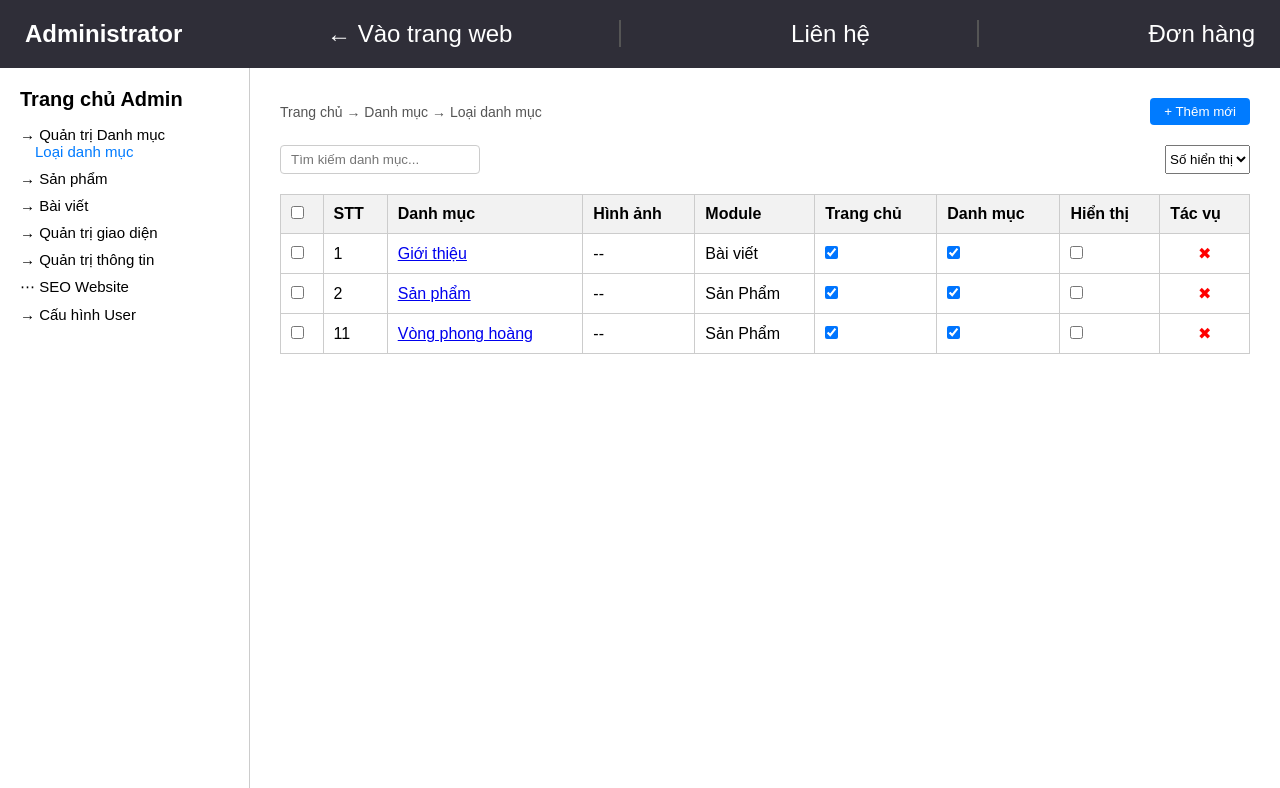
Repository: TranTanDat0606/Du-An-1
Page: Admin]/admin.html
The author's editor kept a copy of each file at every save. The page is drawn from the files as they stood at one save, then again after a run of saves.
The browser window is 1280 px wide. The pictures show the whole page.

Above is the page before, as saved 2025-07-30 15:10:58.

### Admin]/admin.html
<!DOCTYPE html>
<html lang="vi">
<head>
    <meta charset="UTF-8" />
    <meta name="viewport" content="width=device-width, initial-scale=1.0"/>
    <title>Quản lý danh mục</title>
    <link rel="stylesheet" href="admin.css" />
</head>
<body>
    <header class="topbar">
    <div class="topbar-left">Administrator</div>
    <div class="topbar-right">
    <a href="#">← Vào trang web</a>
    <a href="#">Liên hệ</a>
    <a href="#">Đơn hàng</a></div>
</header>
    <div class="admin-container">
    <aside class="sidebar">
    <h2>Trang chủ Admin</h2>
    <ul>
        <li>→ Quản trị Danh mục
    <ul class="submenu">
            <li><a href="#">Loại danh mục</a></li>
    </ul>
        </li>
        <li>→ Sản phẩm</li>
        <li>→ Bài viết</li>
        <li>→ Quản trị giao diện</li>
        <li>→ Quản trị thông tin</li>
        <li>⋯ SEO Website</li>
        <li>→ Cấu hình User</li>
    </ul>
    </aside>
    <main class="main-content">
    <div class="header-bar">
        <span class="breadcrumbs">Trang chủ → Danh mục → Loại danh mục</span>
        <button class="btn-new">+ Thêm mới</button>
    </div>

    <div class="table-toolbar">
        <input type="text" class="search-input" placeholder="Tìm kiếm danh mục..." />
        <select>
    <option>Số hiển thị</option>
        </select>
    </div>
    <table>
        <thead>
    <tr>
            <th><input type="checkbox" /></th>
            <th>STT</th>
            <th>Danh mục</th>
            <th>Hình ảnh</th>
            <th>Module</th>
            <th>Trang chủ</th>
            <th>Danh mục</th>
            <th>Hiển thị</th>
            <th>Tác vụ</th>
    </tr>
        </thead>
        <tbody>
    <tr>
            <td><input type="checkbox" /></td>
            <td>1</td>
            <td><a href="#">Giới thiệu</a></td>
            <td>--</td>
            <td>Bài viết</td>
            <td><input type="checkbox" checked /></td>
            <td><input type="checkbox" checked /></td>
            <td><input type="checkbox" /></td>
            <td class="text-danger">✖</td>
    </tr>
    <tr>
            <td><input type="checkbox" /></td>
            <td>2</td>
            <td><a href="#">Sản phẩm</a></td>
            <td>--</td>
            <td>Sản Phẩm</td>
            <td><input type="checkbox" checked /></td>
            <td><input type="checkbox" checked /></td>
            <td><input type="checkbox" /></td>
            <td class="text-danger">✖</td>
    </tr>
    <tr>
        <td><input type="checkbox" /></td>
        <td>11</td>
        <td><a href="#">Vòng phong hoàng</a></td>
        <td>--</td>
        <td>Sản Phẩm</td>
        <td><input type="checkbox" checked /></td>
        <td><input type="checkbox" checked /></td>
        <td><input type="checkbox" /></td>
        <td class="text-danger">✖</td>
    </tr>
        </tbody>
    </table>
    </main>
    </div>
</body>
</html>

### Admin]/admin.css
* {
    margin: 0;
    padding: 0;
    box-sizing: border-box;
    font-family: sans-serif;
}
/* header */
/* Topbar admin */
.topbar {
    background-color: #2f2e38;
    color: white;
    display: flex;
    justify-content: space-between;
    align-items: center;
    padding: 20px 25px;
    font-size: 24px;
}

.topbar-left {
    font-weight: bold;
}

.topbar-right a {
    color: white;
    text-decoration: none;
    margin-left: 100px;
    border-left: 2px solid #555;
    padding-left: 170px
}

.topbar-right a:first-child {
    border-left: none;
    padding-left: 0;
}
body {
    background: #f5f5f5;
}

.admin-container {
    display: flex;
    height: 100vh;
}

/* Sidebar */
.sidebar {
    width: 250px;
    background: #fff;
    border-right: 1px solid #ccc;
    padding: 20px;
}

.sidebar h2 {
    margin-bottom: 15px;
    font-size: 20px;
}

.sidebar ul {
    list-style: none;
}

.sidebar li {
    margin-bottom: 10px;
    font-size: 15px;
}

.sidebar .submenu {
    margin-left: 15px;
}

.sidebar a {
    color: #007bff;
    text-decoration: none;
}

/* Main Content */
.main-content {
    flex: 1;
    padding: 30px;
    background: #fff;
}

.header-bar {
    display: flex;
    justify-content: space-between;
    align-items: center;
}

.breadcrumbs {
    color: #555;
    font-size: 14px;
}

.btn-new {
    background: #007bff;
    color: #fff;
    border: none;
    padding: 6px 14px;
    border-radius: 4px;
    cursor: pointer;
}

.table-toolbar {
    margin: 20px 0;
    display: flex;
    justify-content: space-between;
}

.search-input {
    padding: 6px 10px;
    width: 200px;
    border: 1px solid #ccc;
    border-radius: 4px;
}

table {
    width: 100%;
    border-collapse: collapse;
    background: #fff;
}

table th,
table td {
    border: 1px solid #ccc;
    padding: 10px;
    text-align: left;
}

table th {
    background: #f2f2f2;
}

.text-danger {
    color: red;
    text-align: center;
}

After the next 4 saves:
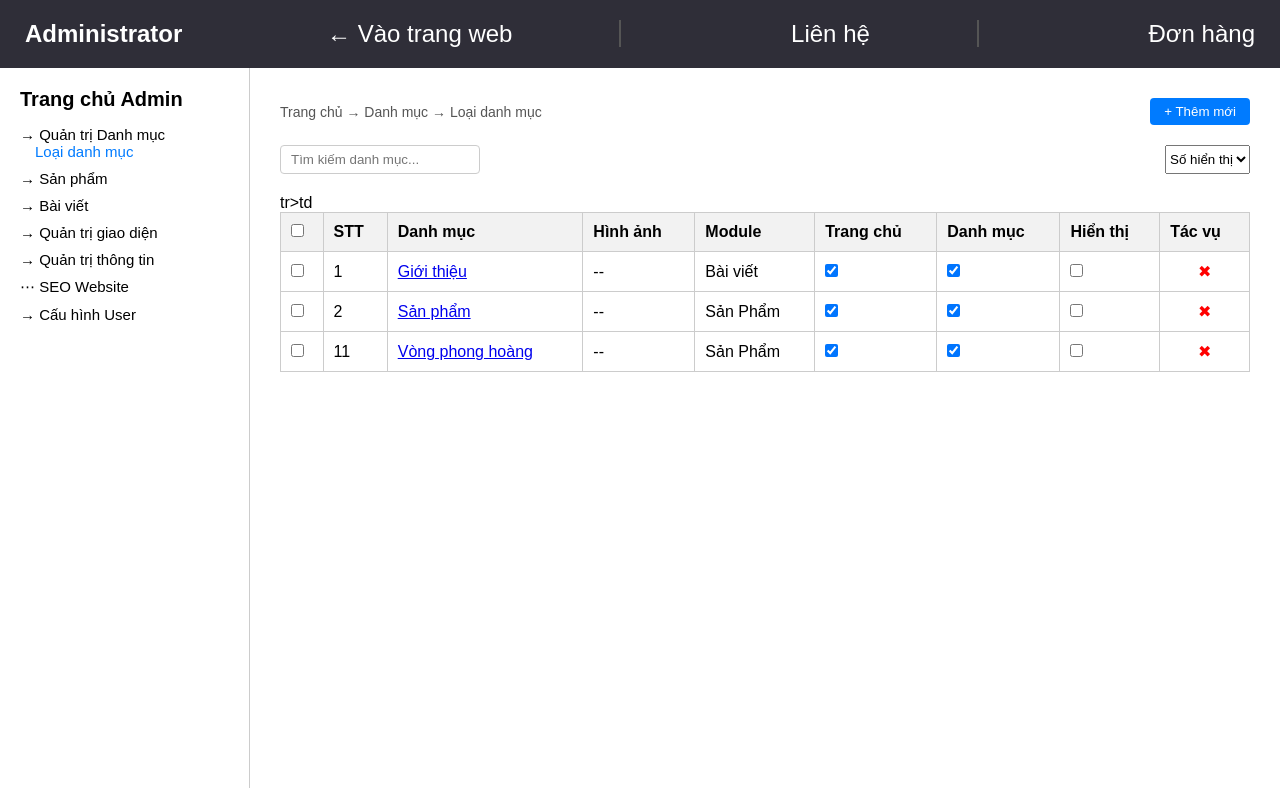
The 4 saves are shown as one change because they came seconds apart.
The last was saved 91 s later.
--- a/Admin]/admin.html
+++ b/Admin]/admin.html
@@ -91,6 +91,7 @@
         <td><input type="checkbox" /></td>
         <td class="text-danger">✖</td>
     </tr>
+    tr>td
         </tbody>
     </table>
     </main>
